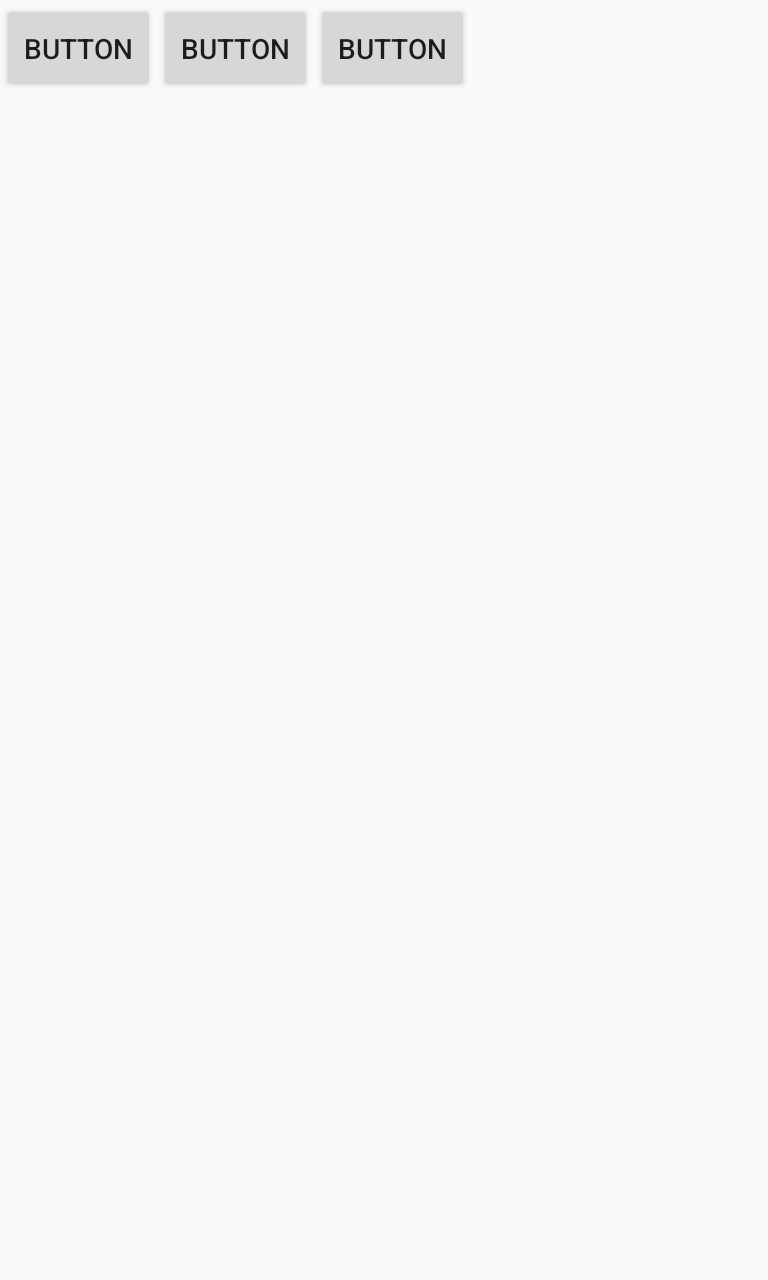
Repository: dev-sean/kosta
Layout: workspace/and1008/res/layout/exam1.xml
These files come from the project's save history. The layout is drawn as it stood at one moment and after the next save; the edit follows.
It is drawn on a 768 x 1280 px phone screen (xhdpi) without system bars, with theme AppTheme; the app's code is not run.

Above is the layout before, as saved 2014-10-08 02:32:13.

### workspace/and1008/res/layout/exam1.xml
<?xml version="1.0" encoding="utf-8"?>
<LinearLayout xmlns:android="http://schemas.android.com/apk/res/android"
    android:layout_width="match_parent"
    android:layout_height="match_parent"
    android:orientation="vertical" >

    <LinearLayout
        android:layout_width="match_parent"
        android:layout_height="wrap_content"
        android:layout_weight="0.28" >

        <Button
            android:id="@+id/examBtn1"
            style="?android:attr/buttonStyleSmall"
            android:layout_width="wrap_content"
            android:layout_height="wrap_content"
            android:text="Button" />

        <Button
            android:id="@+id/examBtn2"
            style="?android:attr/buttonStyleSmall"
            android:layout_width="wrap_content"
            android:layout_height="wrap_content"
            android:text="Button" />

        <Button
            android:id="@+id/examBtn3"
            style="?android:attr/buttonStyleSmall"
            android:layout_width="wrap_content"
            android:layout_height="wrap_content"
            android:text="Button" />

    </LinearLayout>

</LinearLayout>

Loaded but not shown: workspace/and1008/res/values/styles.xml (common file); workspace/and1008/res/values-v11/styles.xml (common file); workspace/and1008/res/values-v14/styles.xml (common file)

After the next save:
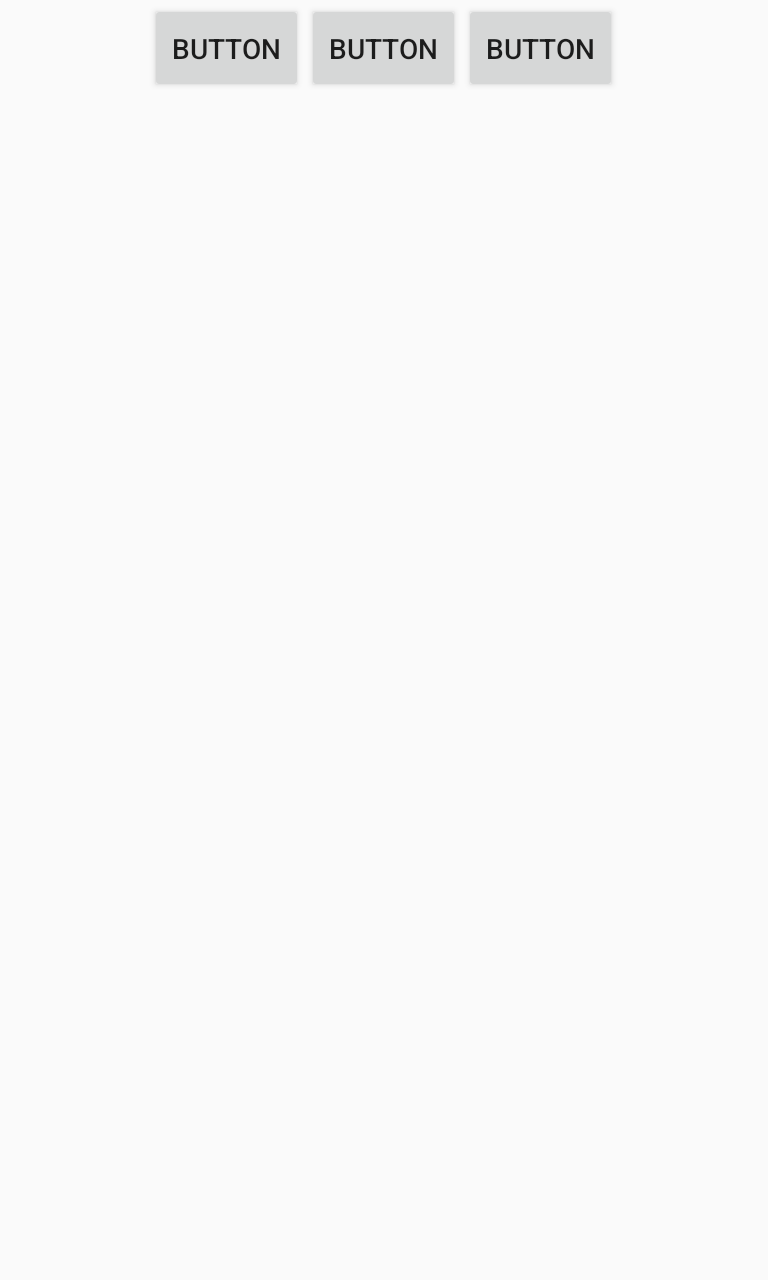
Saved 71 s later.
--- a/workspace/and1008/res/layout/exam1.xml
+++ b/workspace/and1008/res/layout/exam1.xml
@@ -7,7 +7,7 @@
     <LinearLayout
         android:layout_width="match_parent"
         android:layout_height="wrap_content"
-        android:layout_weight="0.28" >
+        android:gravity="center">
 
         <Button
             android:id="@+id/examBtn1"
